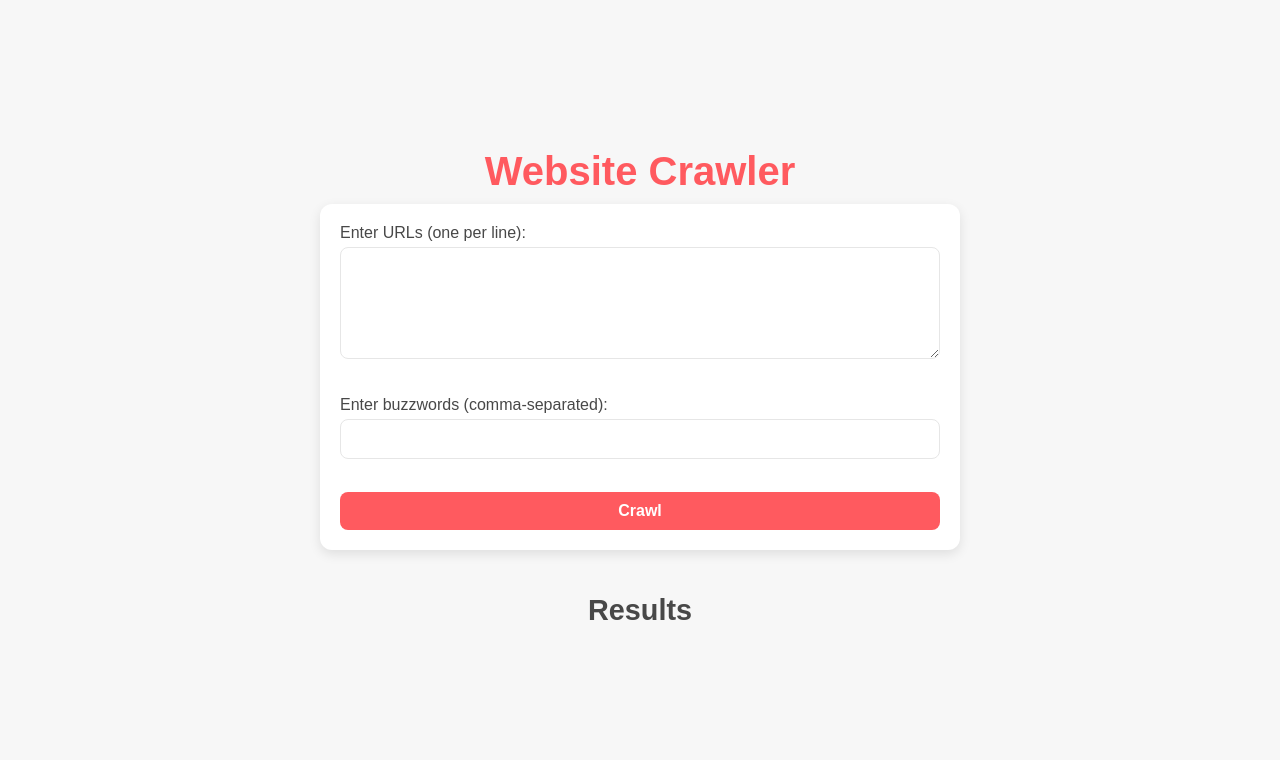
Repository: LubegaH/tenderwebscraper
Page: http://localhost/
An editor plug-in stored every save of this project. The page is shown before and after the next save, followed by the edit.
The browser window is 1280 px wide. The pictures show the whole page.
The page is served by the project's application, run on Flask 3 (app.py). Other server files are loaded and not shown.

Above is the page before, as saved 2024-11-01 18:07:55.

### templates/index.html
<!-- templates/index.html - Frontend HTML -->
<!DOCTYPE html>
<html lang="en">
  <head>
    <meta charset="UTF-8" />
    <meta name="viewport" content="width=device-width, initial-scale=1.0" />
    <title>Website Crawler</title>
    <link
      rel="stylesheet"
      href="{{ url_for('static', filename='styles.css') }}"
    />
  </head>
  <body>
    <h1>Website Crawler</h1>
    <form id="crawler-form">
      <label for="urls">Enter URLs (one per line):</label><br />
      <textarea id="urls" name="urls" rows="5" cols="50"></textarea><br /><br />

      <label for="buzzwords">Enter buzzwords (comma-separated):</label><br />
      <input
        type="text"
        id="buzzwords"
        name="buzzwords"
        size="50"
      /><br /><br />

      <input type="submit" value="Crawl" />
    </form>

    <h2>Results</h2>
    <div id="results"></div>

    <script>
      document
        .getElementById('crawler-form')
        .addEventListener('submit', async function (e) {
          e.preventDefault();

          const urls = document
            .getElementById('urls')
            .value.split('\n')
            .map((url) => url.trim())
            .filter((url) => url.length > 0);

          const buzzwords = document
            .getElementById('buzzwords')
            .value.split(',')
            .map((word) => word.trim())
            .filter((word) => word.length > 0);

          const resultDiv = document.getElementById('results');
          resultDiv.innerHTML = '<p>Crawling... Please wait.</p>';

          try {
            const response = await fetch('/crawl', {
              method: 'POST',
              headers: {
                'Content-Type': 'application/json',
              },
              body: JSON.stringify({ urls, buzzwords }),
            });

            if (!response.ok) {
              throw new Error(`HTTP error! status: ${response.status}`);
            }

            const data = await response.json();
            displayResults(data);
          } catch (error) {
            resultDiv.innerHTML = `<p>Error: ${error.message}</p>`;
          }
        });

      function displayResults(data) {
        const resultDiv = document.getElementById('results');
        resultDiv.innerHTML = '';

        const unableToCrawl = [];
        const noBuzzwordsFound = [];
        const buzzwordsFound = [];

        // Classify results
        data.forEach((result) => {
          if (result.error) {
            unableToCrawl.push(result.url);
          } else if (result.found && result.found.length > 0) {
            buzzwordsFound.push({ url: result.url, words: result.found });
          } else {
            noBuzzwordsFound.push(result.url);
          }
        });

        // Display Unable to Crawl section
        if (unableToCrawl.length > 0) {
          const errorSection = document.createElement('div');
          errorSection.innerHTML = `<h3>I am Unable to crawl these pages:</h3><ul>${unableToCrawl
            .map((url) => `<li>${url}</li>`)
            .join('')}</ul>`;
          resultDiv.appendChild(errorSection);
        }

        // Display No Buzzwords Found section
        if (noBuzzwordsFound.length > 0) {
          const noBuzzwordsSection = document.createElement('div');
          noBuzzwordsSection.innerHTML = `<h3>I couldn't find any of the buzzwords from these sites:</h3><ul>${noBuzzwordsFound
            .map((url) => `<li>${url}</li>`)
            .join('')}</ul>`;
          resultDiv.appendChild(noBuzzwordsSection);
        }

        // Display Buzzwords Found section
        if (buzzwordsFound.length > 0) {
          const foundWordsSection = document.createElement('div');
          foundWordsSection.innerHTML = `<h3>I found the following buzzwords on these sites:</h3>`;
          buzzwordsFound.forEach((result) => {
            const siteResult = document.createElement('div');
            siteResult.innerHTML = `<strong>${
              result.url
            }</strong><ul>${result.words
              .map((word) => `<li>${word}</li>`)
              .join('')}</ul>`;
            foundWordsSection.appendChild(siteResult);
          });
          resultDiv.appendChild(foundWordsSection);
        }

        // Handle case when no results at all
        if (
          unableToCrawl.length === 0 &&
          noBuzzwordsFound.length === 0 &&
          buzzwordsFound.length === 0
        ) {
          resultDiv.innerHTML = '<p>No results found.</p>';
        }
      }
    </script>
  </body>
</html>

### app.py

# app.py - Backend using Flask
import os
from flask import Flask, render_template, request, jsonify
import requests
from bs4 import BeautifulSoup
import re

app = Flask(__name__)

# Function to scrape the URL and look for buzzwords
def scrape_url(url, buzzwords):
    try:
        response = requests.get(url, timeout=10)  # Added timeout to avoid long waits on unresponsive servers
        if response.status_code == 200:
            soup = BeautifulSoup(response.text, 'html.parser')
            text = soup.get_text(separator=' ')
            found_words = [word for word in buzzwords if re.search(r'\b' + re.escape(word) + r'\b', text, re.IGNORECASE)]
            if found_words:
                return {'url': url, 'found': found_words}
            else:
                return {'url': url, 'found': []}  # No buzzwords found
        else:
            return {'url': url, 'error': 'Unable to fetch the page.'}
    except requests.RequestException as e:
        return {'url': url, 'error': f"Error: {str(e)}"}

@app.route('/')
def index():
    return render_template('index.html')

@app.route('/crawl', methods=['POST'])
def crawl():
    data = request.get_json()
    urls = data.get('urls', [])
    buzzwords = data.get('buzzwords', [])

    # Ensure buzzwords are in a list format
    if isinstance(buzzwords, str):
        buzzwords = [word.strip() for word in buzzwords.split(',')]

    results = []
    for url in urls:
        result = scrape_url(url, buzzwords)
        results.append(result)
    return jsonify(results)

if __name__ == '__main__':
    port = int(os.environ.get('PORT', 5000))
    # app.run(debug=False, host='0.0.0.0', port=port)
    app.run(debug=True, port=port)

### static/styles.css
/* General Styles */
body {
  font-family: Arial, sans-serif;
  background-color: #f7f7f7;
  color: #333;
  margin: 0;
  padding: 20px;
  display: flex;
  justify-content: center;
  align-items: center;
  flex-direction: column;
  min-height: 100vh;
}

h1 {
  color: #ff5a5f; /* Airbnb's primary brand color */
  font-size: 2.5rem;
  margin-bottom: 10px;
}

/* Form Styles */
form {
  background: #ffffff;
  padding: 20px;
  border-radius: 12px;
  box-shadow: 0 4px 12px rgba(0, 0, 0, 0.1);
  width: 100%;
  max-width: 600px;
  margin-bottom: 20px;
}

label {
  font-size: 1rem;
  color: #484848;
  font-weight: 500;
}

textarea,
input[type='text'] {
  width: 100%;
  padding: 10px;
  margin-top: 5px;
  margin-bottom: 15px;
  border: 1px solid #e6e6e6;
  border-radius: 8px;
  font-size: 1rem;
  box-sizing: border-box;
}

input[type='submit'] {
  background-color: #ff5a5f;
  color: #fff;
  border: none;
  padding: 10px 20px;
  font-size: 1rem;
  font-weight: bold;
  border-radius: 8px;
  cursor: pointer;
  transition: background-color 0.3s ease;
  width: 100%;
  box-sizing: border-box;
}

input[type='submit']:hover {
  background-color: #ff787d;
}

/* Results Section Styles */
h2 {
  color: #484848;
  font-size: 1.8rem;
  margin-bottom: 10px;
}

#results {
  width: 100%;
  max-width: 600px;
}

.result-item {
  background-color: #ffffff;
  margin-top: 10px;
  padding: 15px;
  border-radius: 10px;
  box-shadow: 0 2px 8px rgba(0, 0, 0, 0.1);
}

.result-item h3 {
  color: #ff5a5f;
  margin: 0 0 10px;
}

ul {
  list-style-type: none;
  padding-left: 0;
}

ul li {
  background-color: #f7f7f7;
  padding: 8px;
  border-radius: 5px;
  margin-bottom: 5px;
  font-size: 0.9rem;
  color: #333;
}

.error {
  color: #d9534f;
}

After the next save:
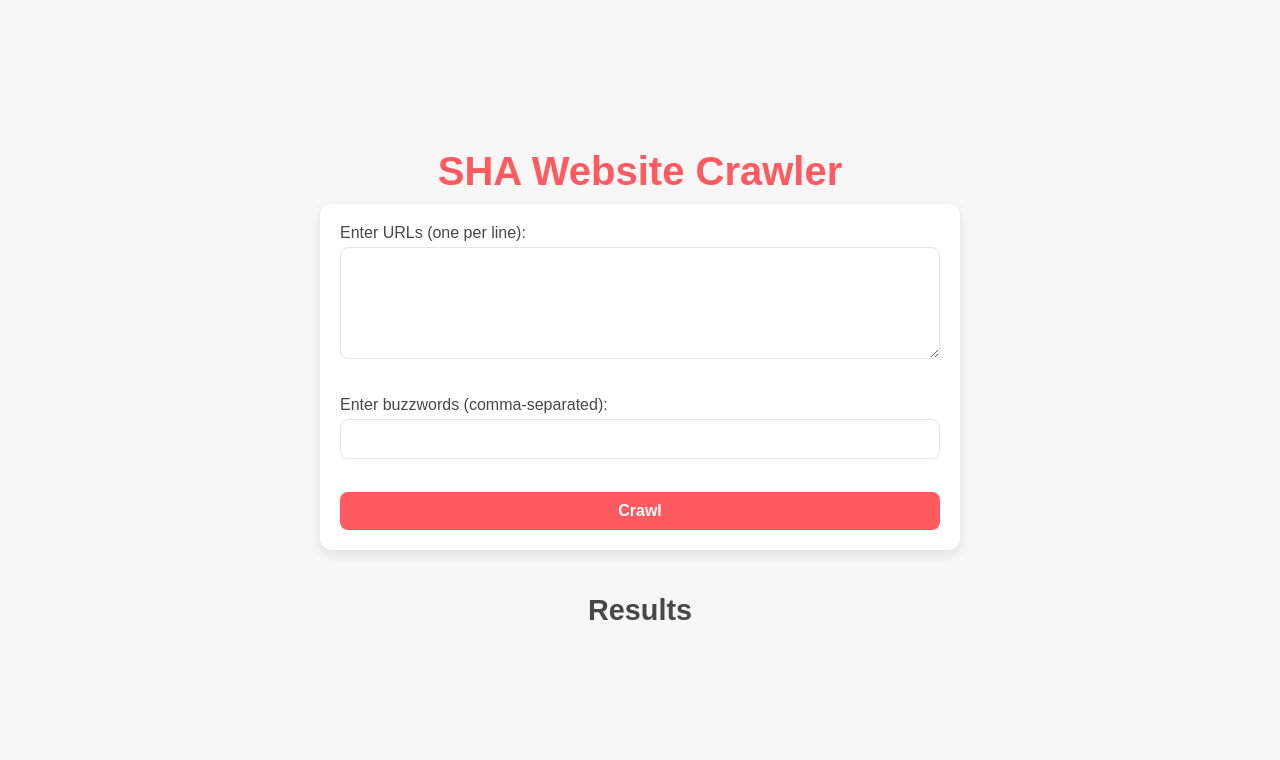
Saved 5 min 49 s later.
--- a/templates/index.html
+++ b/templates/index.html
@@ -11,7 +11,7 @@
     />
   </head>
   <body>
-    <h1>Website Crawler</h1>
+    <h1>SHA Website Crawler</h1>
     <form id="crawler-form">
       <label for="urls">Enter URLs (one per line):</label><br />
       <textarea id="urls" name="urls" rows="5" cols="50"></textarea><br /><br />
